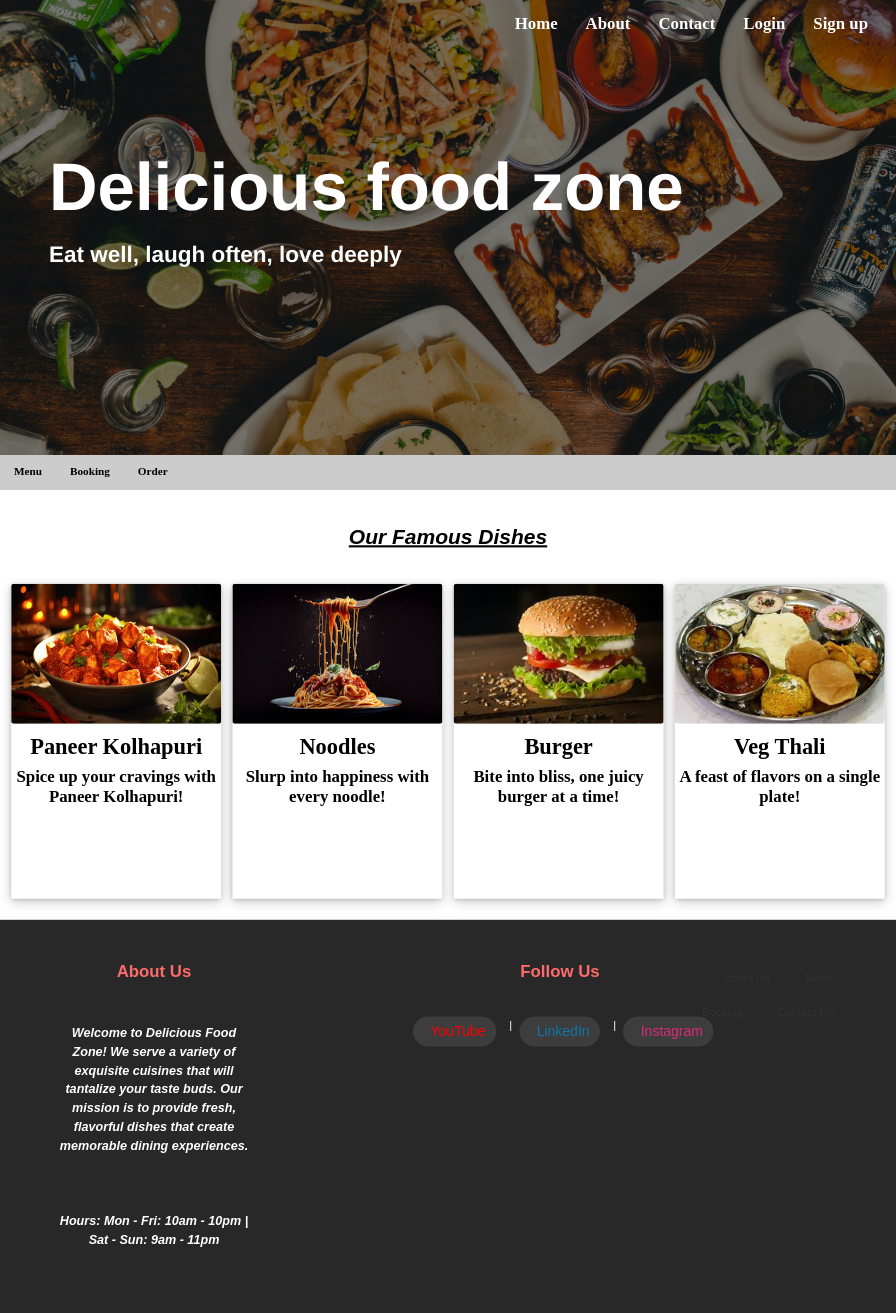
Repository: Shreya-Bonde/Restaurant-management-system
Page: index.html
These files come from the project's save history. The page is drawn as it stood at one moment and after a run of saves; the edit follows.
The browser window is 1280 px wide. The pictures show the whole page, at 70% of full size.

Above is the page before, as saved 2024-10-17 19:05:02.

### index.html
<!DOCTYPE html>
<html lang="en">
<head>
    <meta charset="UTF-8">
    <meta name="viewport" content="width=device-width, initial-scale=1.0">
    <title>Document</title>
    <link rel="stylesheet" href="style.css">
</head>
<body>
    <header>
        <div class="banner-container">
                <nav class="navbar">
                    <ul>
                        <li><a href="#home">Home</a></li>
                        <li><a href="/about.html">About</a></li>
                        <li><a href="/contact.html">Contact</a></li>
                        <li><a href="/login.html">Login</a></li>
                        <li><a href="#">Sign up</a></li>
                    </ul>
                </nav>
                <div class="centered-text">
                    <h1>Delicious food zone</h1>
                    <h6>Eat well, laugh often, love deeply</h6>
                </div>
         </div>
         <div class="nav-bar">
            <nav>
                <a class="menu-btn" href="#">Menu</a>
                <a class="menu-btn" href="#">Booking</a>
                <a class="menu-btn" href="#">Order</a>
            </nav>
         </div>
    </header>
        <p>Our Famous Dishes</p>
        <div class="Flex">
            <div class="flex-item fitem1">
                <img src="paneer kolhapuri.jpg" alt="">
                <h1>Paneer Kolhapuri</h1>
                <h2>Spice up your cravings with Paneer Kolhapuri!</h2>
            </div>
            <div class="flex-item fitem2">
                <img src="noodles1.jpg" alt="">
                <h1>Noodles</h1>
                <h2>Slurp into happiness with every noodle!</h2>
            </div>
            <div class="flex-item fitem3">
                <img src="burger.jpg" alt="">
                <h1>Burger</h1>
                <h2>Bite into bliss, one juicy burger at a time!</h2>
            </div>
            <div class="flex-item fitem4">
                <img src="veg thali.jpg" alt="">
                <h1>Veg Thali</h1>
                <h2>A feast of flavors on a single plate!</h2>
            </div>
        </div>


    <footer class="footer">
        <div class="footer-container">
            <div class="footer-about">
                <h2>About Us</h2>
                <p>
                    Welcome to Delicious Food Zone! We serve a variety of exquisite cuisines that will tantalize your taste buds. Our mission is to provide fresh, flavorful dishes that create memorable dining experiences.
                </p>
                <p>Hours: Mon - Fri: 10am - 10pm | Sat - Sun: 9am - 11pm</p>
            </div>



            <div class="footer-social">
                <h2>Follow Us</h2>
                <div class="social-icons">
                    <a href="https://www.facebook.com/yourrestaurant" target="_blank" aria-label="Facebook"><i class="fab fa-facebook-f"></i></a>
                    <a href="https://twitter.com/yourrestaurant" target="_blank" aria-label="Twitter"><i class="fab fa-twitter"></i></a>
                    <a href="https://www.instagram.com/yourrestaurant" target="_blank" aria-label="Instagram"><i class="fab fa-instagram"></i></a>
                    <a href="https://www.tripadvisor.com/Restaurant_Review-g1234567-d12345678-Your_Restaurant_Name" target="_blank" aria-label="TripAdvisor"><i class="fab fa-tripadvisor"></i></a>
                </div>

                <div class="sm-handle">
                    <a href="http://www.youtube.com/amandhattarwal" target="_blank" class="yt_handle"
                     rel="noopener noreferrer"> <i class="fa fa-youtube fa-lg yt_handle"></i>YouTube</a>&nbsp;&nbsp;|&nbsp;&nbsp;
                <a href="http://www.linkedin.com/in/dhatterwalaman" target="_blank" class="linkedin_handle"
                rel="noopener noreferrer"> <i class="fa fa-linkedin fa-lg linkedin_handle"></i>LinkedIn</a>&nbsp;&nbsp;|&nbsp;&nbsp;
                <a href="http://www.instagram.com/dhattarwalaman" target="_blank" class="insta_handle"
                 rel="noopener noreferrer"> <i class="fa fa-instagram fa-lg insta_handle"></i>Instagram</a>

                </div>
            </div>

            <div class="footer-links">
                <a href="menu.html">Menu</a>
                 <a href="about.html">About Us</a>
                 <a href="contact.html">Contact Us</a>
                 <a href="reservations.html">Booking</a>
            </div>
        </div>


        <!-- <div class="footer-bottom">
            <p>&copy; 2024 Delicious Food Zone. All rights reserved.</p>
        </div> -->
    </footer>

</body>
</html>

### style.css
* {
    box-sizing: border-box;
    margin: 0;
    padding: 0;
}
.banner-container {
    background-image: url(background1.jpg);
    background-repeat: no-repeat;
    background-size: cover;
    position: relative;
    width: 100%;
    height: 650px;
}
.navbar {
    position: absolute;
    top: 0;
    right: 0;
    padding: 20px;
}
.centered-text {
    position: absolute;
    top: 30%;
    left: 70px;
    color: white;
    line-height: 1.5;
    font-weight: bold;
    font-size: 3rem;
    font-family: 'Franklin Gothic Medium', 'Arial Narrow', Arial, sans-serif;
}
h6 {
    justify-content: center;
    margin-bottom: 20px;
}
nav ul {
    list-style-type: none;
    margin: 0;
    padding: 0;
    display: flex;
    justify-content: right;
    font-size: 1.5rem;
}
nav ul li {
    margin: 0 20px;
}
nav ul li a {
    color: white;
    text-decoration: none;
    font-weight: bold;
}
nav ul li a:hover {
    text-decoration: underline;
}
.nav-bar {
    display: flex;
    background-color: #ccc;
    height: 50px;
    background-attachment: fixed;
}
.menu-btn {
    display: block;
    float: left;
    color: black;
    text-align: center;
    text-decoration: none;
    padding: 15px 20px;
    position: sticky;
    font-weight: bold;
}
.menu-btn:hover {
    background-color: #ddd;
    color: black;
}
.Flex {
    width: 100%;
    display: flex;
    flex-wrap: wrap;
    box-sizing: gray;
    align-items: center;
    justify-content: space-evenly;
}
.flex-item {
    box-shadow: 0 2px 6px 0 rgba(0,0,0,0.2), 0 4px 16px 0 rgba(0,0,0,0.2);
    margin: 0;
    padding: 0;
}
.flex-item img {
 width: 100%;
 object-fit: fill;
}
.flex-item {
    margin-top: 20px;
    margin-bottom: 30px;
    display: inline-block;
    background-color: white;
    width: 300px;
    height: 450px;
    text-align: center;
}
.flex-item:hover {
    transform: scale(1.05);
}
img {
    width: 100%;
    height: 200px;
    object-fit: fill;
    border-radius: 4px;
}
p {
    text-align: center;
    font-size: 30px;
    font-weight: bold;
    font-style: oblique;
    font-family: Arial, Helvetica, sans-serif;
    padding: 50px 20px 30px;
    text-decoration: underline;
}
.flex-item h2 {
    line-height: 1.2;
}
.flex-item h1 {
    padding-top: 10px;
    padding-bottom: 10px;
}

footer {
    background-color: #282828;
    color: #fff;
    padding: 40px 20px;
    text-align: center;
    font-family: 'Arial', sans-serif;
}

.footer-container {
    display: flex;
    position: relative;
    justify-content: space-between;
    flex-wrap: wrap;
    max-width: 1200px;
    margin: 0 auto;
    padding: 20px;
}

.footer-about,
.footer-links,
.footer-social {
    flex: 1;
    min-width: 250px;
}

.footer-about h2,
.footer-links h2,
.footer-social h2 {
    color: #ff6b6b;
    margin-bottom: 10px;
}

.footer-about p {
    text-decoration: none;
    line-height: 1.5;
    font-size: 18px;
    margin: 0;
}


.footer-links a {
    display: inline-block;
    float: right;
    color: white;
    text-align: center;
    text-decoration: none;
    padding: 15px 20px;
    position: sticky;
    color: #ff6b6b;
    text-decoration: none;
    transition: color 0.3s ease;
}

.footer-links a:hover {
    color: #fff;
}
.footer-links {
    margin-top: 0px; /* Add some space above the links */
}

.footer-links a {
    display: inline-block;
    margin-right: 10px; /* Spacing between the links */
    text-decoration: none;
    color: #333; /* You can change the color if needed */
}

.footer-links a:hover {
    color: #007BFF; /* Hover effect on links */
}
.footer-social {
    margin-left: 200px; /* Adjust this value to shift further or less */
}
.footer-social .social-icons {
    display: flex;
    justify-content: center;
    margin-top: 10px;
}
.footer-social h2 {
    margin-bottom: 35px;
    margin-left: 120px; /* Adjust this value to control the shift */
}
.footer-social .social-icons a {
    color: #ff6b6b;
    margin-left: 10px;
    font-size: 24px;
    transition: color 0.3s ease;
}

.footer-social .social-icons a:hover {
    color: #fff;
}
.sm-handle {
    display: flex;          /* Use flexbox to align items horizontally */
    flex-wrap: nowrap;      /* Prevent items from wrapping to the next line */
    justify-content: space-between; /* Add space between items */
    align-items: center;    /* Center them vertically */
    margin-top: 10px;       /* Add some space above the sm-handle */
}
.sm-handle a {
    background-color: rgb(125 125 125 / 25%);
    padding: 10px 15px;
    border-radius: 30px;
    margin: 5px 10px;
    text-decoration: none;
    font-size: 1.25em;
}

.sm-handle a:hover {
    background-color: rgb(30 30 30 / 25%);
}

.sm-handle a i {
    margin: 5px;
}
.yt_handle {
    color: #FF0000;
}

  .linkedin_handle {
    color: #0e76a8;
}

.insta_handle {
    color: #dd2a7b;
}

.footer-bottom {
    margin-top: 20px;
    font-size: 10px;
    color: #ccc;
}

After the next 2 saves:
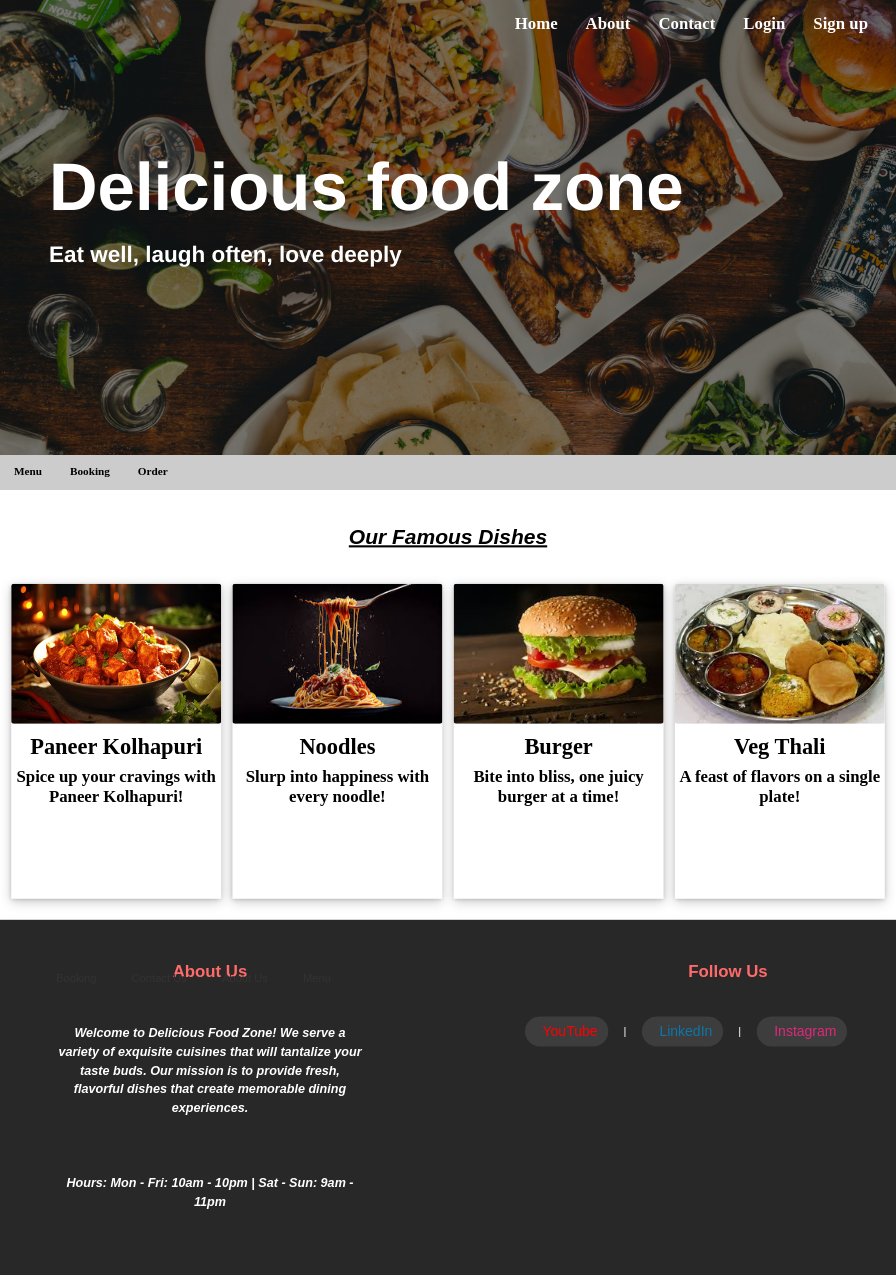
The 2 saves are shown as one change because they came seconds apart.
The last was saved 44 s later.
--- a/style.css
+++ b/style.css
@@ -179,6 +179,7 @@ footer {
     color: #fff;
 }
 .footer-links {
+    position: absolute;
     margin-top: 0px; /* Add some space above the links */
 }
 
